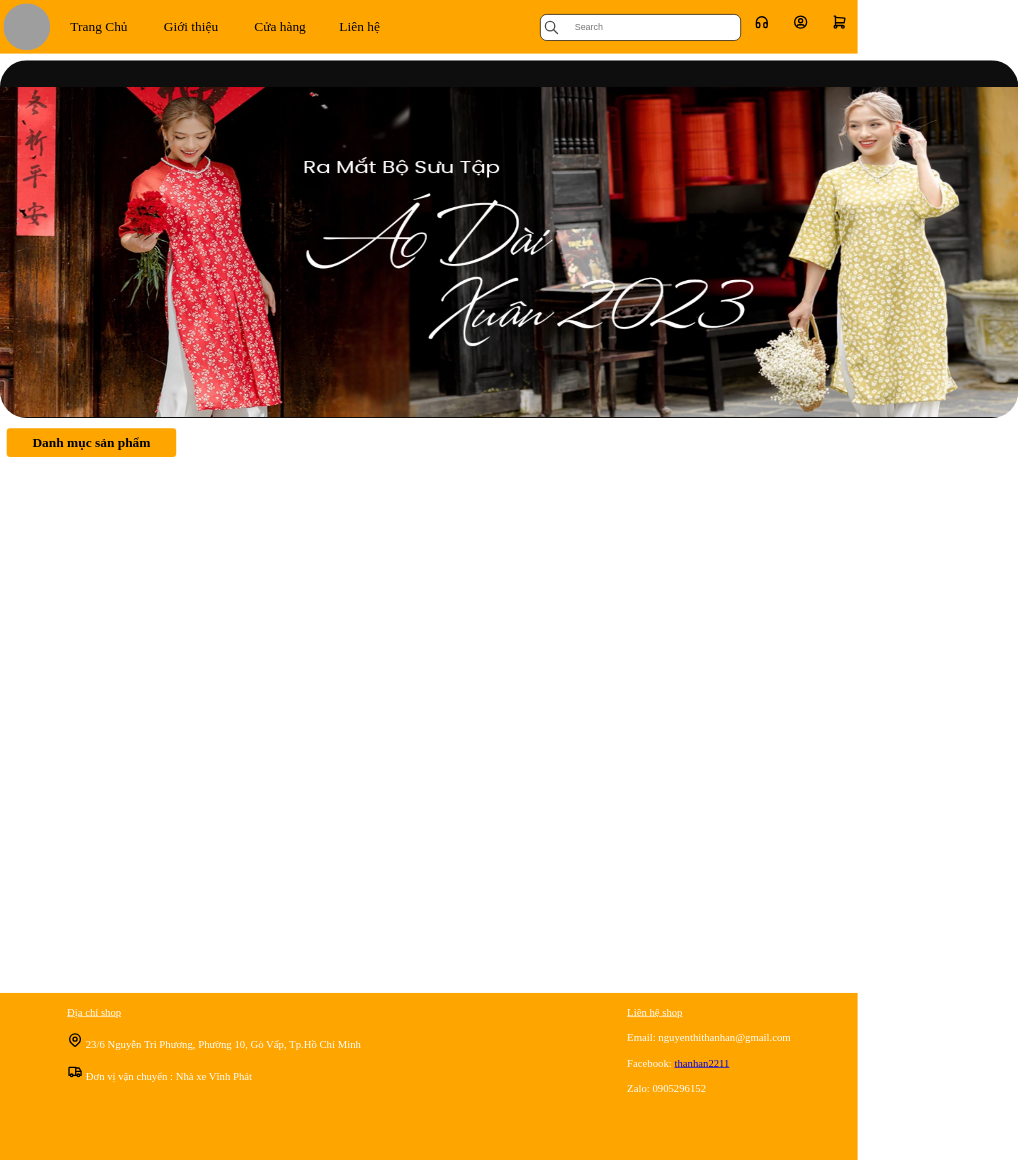
Repository: manhhieu120499/test-page
Page: index.html
An editor plug-in stored every save of this project. The page is shown before and after the next save, followed by the edit.
The browser window is 1280 px wide. The page is 1520 px wide, then 1500 px, so the pictures cover 1520 px, including what lies to the right of the window. The pictures show the whole page, at 67% of full size.
Pictures or frames that could not be fetched are drawn as grey boxes.

Above is the page before, as saved 2023-01-12 00:40:29.

### index.html
<!DOCTYPE html>
<html lang="en">

<head>
    <meta charset="UTF-8">
    <meta http-equiv="X-UA-Compatible" content="IE=edge">
    <meta name="viewport" content="width=device-width, initial-scale=1.0">
    <title>Document</title>
    <link rel="stylesheet" href="./style.css">
</head>

<body>
    <div id="header">
        <div class="left-sidebar">
            <img src="https://t3.ftcdn.net/jpg/03/02/36/70/360_F_302367092_vmqO9rSPmluZJFuOFFNzjGwimbChoIAZ.jpg"
                alt="logo-shop">
            <ul class="sub-menu">
                <li><a href="#">Trang Chủ</a></li>
                <li><a href="#">Giới thiệu</a></li>
                <li><a href="#">Cửa hàng</a< /li>
                <li><a href="#">Liên hệ</a></li>
            </ul>

        </div>

        <div class="right-sidebar">
            <input type="text" placeholder="           Search" />
            <a href="#" class="search">
                <svg xmlns="http://www.w3.org/2000/svg" class="icon icon-tabler icon-tabler-search" width="24" height="24" viewBox="0 0 24 24" stroke-width="2" stroke="currentColor" fill="none" stroke-linecap="round" stroke-linejoin="round">
                    <path stroke="none" d="M0 0h24v24H0z" fill="none"></path>
                    <circle cx="10" cy="10" r="7"></circle>
                    <line x1="21" y1="21" x2="15" y2="15"></line>
                 </svg>
            </a>
            <a href="#" class="telesale">
                <svg xmlns="http://www.w3.org/2000/svg" class="icon icon-tabler icon-tabler-headphones" width="24"
                    height="24" viewBox="0 0 24 24" stroke-width="2" stroke="currentColor" fill="none"
                    stroke-linecap="round" stroke-linejoin="round">
                    <path stroke="none" d="M0 0h24v24H0z" fill="none"></path>
                    <rect x="4" y="13" rx="2" width="5" height="7"></rect>
                    <rect x="15" y="13" rx="2" width="5" height="7"></rect>
                    <path d="M4 15v-3a8 8 0 0 1 16 0v3"></path>
                </svg>
            </a>
            <a href="#" class="person">
                <svg xmlns="http://www.w3.org/2000/svg" class="icon icon-tabler icon-tabler-user-circle" width="24"
                    height="24" viewBox="0 0 24 24" stroke-width="2" stroke="currentColor" fill="none"
                    stroke-linecap="round" stroke-linejoin="round">
                    <path stroke="none" d="M0 0h24v24H0z" fill="none"></path>
                    <circle cx="12" cy="12" r="9"></circle>
                    <circle cx="12" cy="10" r="3"></circle>
                    <path d="M6.168 18.849a4 4 0 0 1 3.832 -2.849h4a4 4 0 0 1 3.834 2.855"></path>
                </svg>
            </a>
            <a href="#" class="shopping-cart">
                <svg xmlns="http://www.w3.org/2000/svg" class="icon icon-tabler icon-tabler-shopping-cart" width="24"
                    height="24" viewBox="0 0 24 24" stroke-width="2" stroke="currentColor" fill="none"
                    stroke-linecap="round" stroke-linejoin="round">
                    <path stroke="none" d="M0 0h24v24H0z" fill="none"></path>
                    <circle cx="6" cy="19" r="2"></circle>
                    <circle cx="17" cy="19" r="2"></circle>
                    <path d="M17 17h-11v-14h-2"></path>
                    <path d="M6 5l14 1l-1 7h-13"></path>
                </svg>
            </a>
        </div>
    </div>

    <div class="body">
        <div class="shop-picture">
            <img src="./logo-tet.png" alt="picture">
        </div>
        <span class="title">Danh mục sản phẩm</span>
        <!-- <div class="group-danh-muc">
            <ul>
                <li><a href="#">
                     <img src="" alt="Váy">
                     <span>Váy</span>
                </a></li>
                <li><a href="#">
                    <img src="" alt="Áo thun">
                    <span>Áo thun</span>
                </a></li>
                <li><a href="#">
                    <img src="" alt="Áo khoát">
                    <span>Áo khoát</span>
                </a></li>
                <li><a href="#">
                    <img src="" alt="Áo polo">
                    <span>Áo polo</span>
                </a></li>
                <li><a href="#">
                    <img src="" alt="Áo hoodies">
                    <span>Áo hoodies</span>
                </a></li>
                <li><a href="#">
                    <img src="" alt="Chân váy">
                    <span>Chân váy</span>
                </a></li>
                <li><a href="#">
                    <img src="" alt="Quần jean">
                    <span>Quần jean</span>
                </a></li>
                <li><a href="#">
                    <img src="" alt="Quần short">
                    <span>Quần short</span>
                </a></li>
            </ul>
        </div> -->
    </div>

    <div id="footer">
         <div class="address">
            <span>Địa chỉ shop</span>
            <ul>
                <li>
                    <svg xmlns="http://www.w3.org/2000/svg" class="icon icon-tabler icon-tabler-map-pin" width="24" height="24" viewBox="0 0 24 24" stroke-width="2" stroke="currentColor" fill="none" stroke-linecap="round" stroke-linejoin="round">
                    <path stroke="none" d="M0 0h24v24H0z" fill="none"></path>
                    <circle cx="12" cy="11" r="3"></circle>
                    <path d="M17.657 16.657l-4.243 4.243a2 2 0 0 1 -2.827 0l-4.244 -4.243a8 8 0 1 1 11.314 0z"></path>
                    </svg>
                    23/6 Nguyễn Tri Phương, Phường 10, Gò Vấp, Tp.Hồ Chí Minh
                </li>
                <li>
                    <svg xmlns="http://www.w3.org/2000/svg" class="icon icon-tabler icon-tabler-truck" width="24" height="24" viewBox="0 0 24 24" stroke-width="2" stroke="currentColor" fill="none" stroke-linecap="round" stroke-linejoin="round">
                        <path stroke="none" d="M0 0h24v24H0z" fill="none"></path>
                        <circle cx="7" cy="17" r="2"></circle>
                        <circle cx="17" cy="17" r="2"></circle>
                        <path d="M5 17h-2v-11a1 1 0 0 1 1 -1h9v12m-4 0h6m4 0h2v-6h-8m0 -5h5l3 5"></path>
                     </svg>
                     Đơn vị vận chuyển : Nhà xe Vĩnh Phát
                </li>
            </ul>
         </div>

         <div class="contact">
            <span>Liên hệ shop</span>
            <li>Email: nguyenthithanhan@gmail.com</li>
            <li>Facebook: <a href="https://www.facebook.com/profile.php?id=100042754030185">thanhan2211</a></li>
            <li>Zalo: 0905296152</a></li>
         </div>
    </div>
</body>

</html>

### style.css
* {
    margin: 0;
    padding: 0;
    box-sizing: border-box;
}

#header {
    width: 100%;
    height: 80px;
    background-color: orange;
    display: flex;
    justify-content: space-between;
}

.left-sidebar {
    display: flex;
}

.left-sidebar img {
    width: 70px;
    height: 70px;
    border-radius: 50%;
    margin: 5px;
}

.sub-menu li {
   list-style: none;
   display: inline-block;
   line-height: 80px;
   padding: 0px 25px;
}

.sub-menu li a {
    text-decoration: none;
    color: black;
    font-size: 20px;
}

.right-sidebar a {
    display: inline-block;
    line-height: 80px;
    padding: 0 15px;
    color: black;
}

input {
    padding: 10px 10px;
    width: 300px;
    height: 40px;
    border: 1px solid black;
    border-radius: 10px;
    position: relative;
}

.search {
    position: absolute;
    right: 430px;
    top: 8px;
    opacity: 0.7;
}

body {
    height: 1500px;
    width: auto;
}

.shop-picture img {
    display: block;
    height: 534px;
    width: 1520px;
    margin: 10px auto;
    border-radius: 40px;
}

.title {
    text-align: center;
    width: 253px;
    padding: 10px 0;
    border-radius: 5px;
    background-color: orange;
    font-weight: bold;
    margin-left: 10px;
    margin-top: 15px;
    display: block;
    font-size: 20px;
}

#footer {
   height: 250px;
   width: 100%;
   background-color: orange;
   display: flex;
   justify-content: space-between;
   margin-top: 800px;
}

.address, .contact {
    margin-top: 20px;
    color: white;

}

.address {
    margin-left: 100px;
}

.address li {
    list-style: none;
    margin-top: 20px;
}

.address span, .contact span {
    text-decoration: underline;
}

.contact {
    margin-right: 100px;
}

.contact li {
    list-style: none;
    margin-top: 20px;
}

.address ul li svg {
    color: black;
}

After the next save:
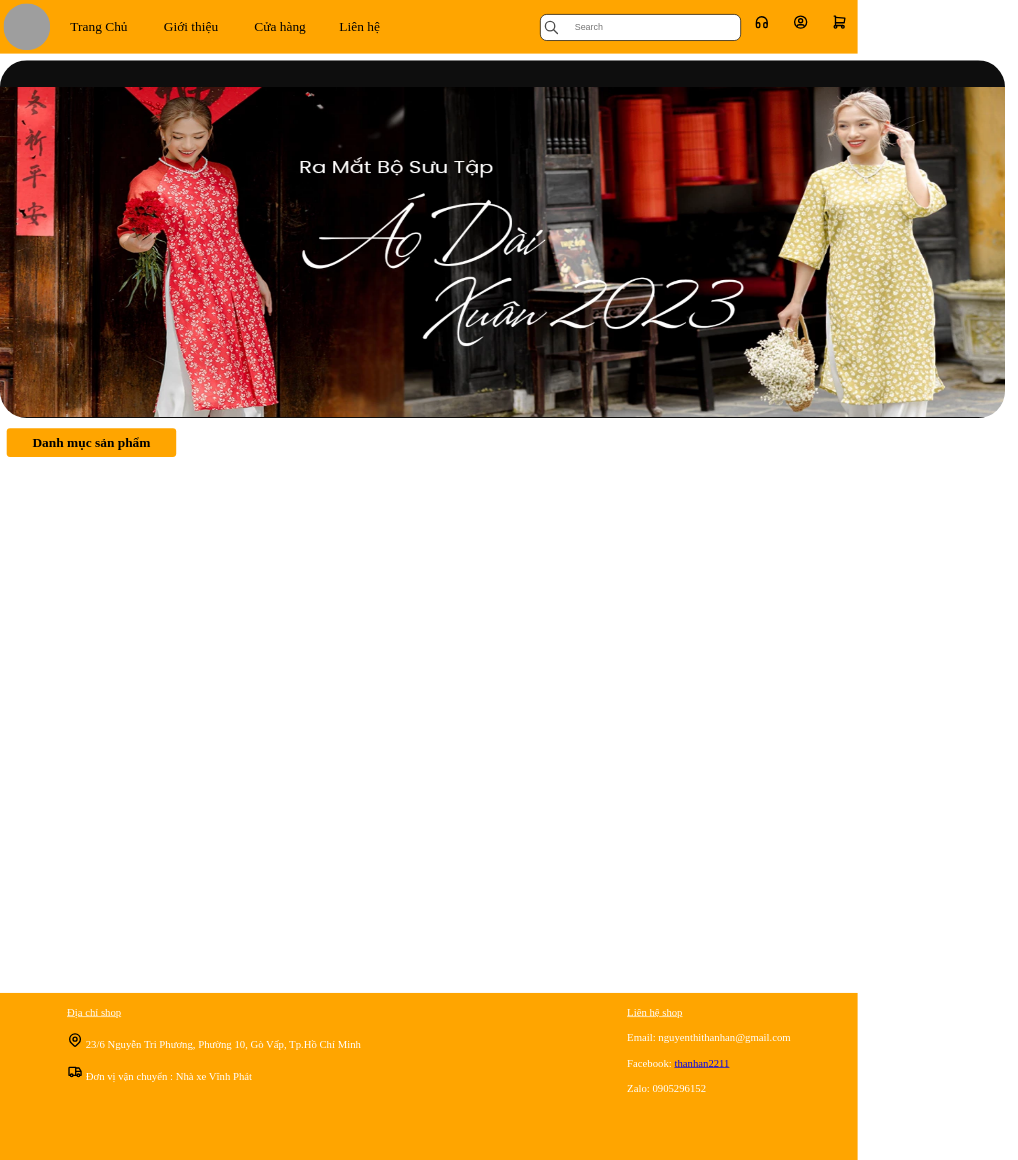
Saved 90 s later.
--- a/style.css
+++ b/style.css
@@ -67,7 +67,7 @@ body {
 .shop-picture img {
     display: block;
     height: 534px;
-    width: 1520px;
+    width: 1500px;
     margin: 10px auto;
     border-radius: 40px;
 }
